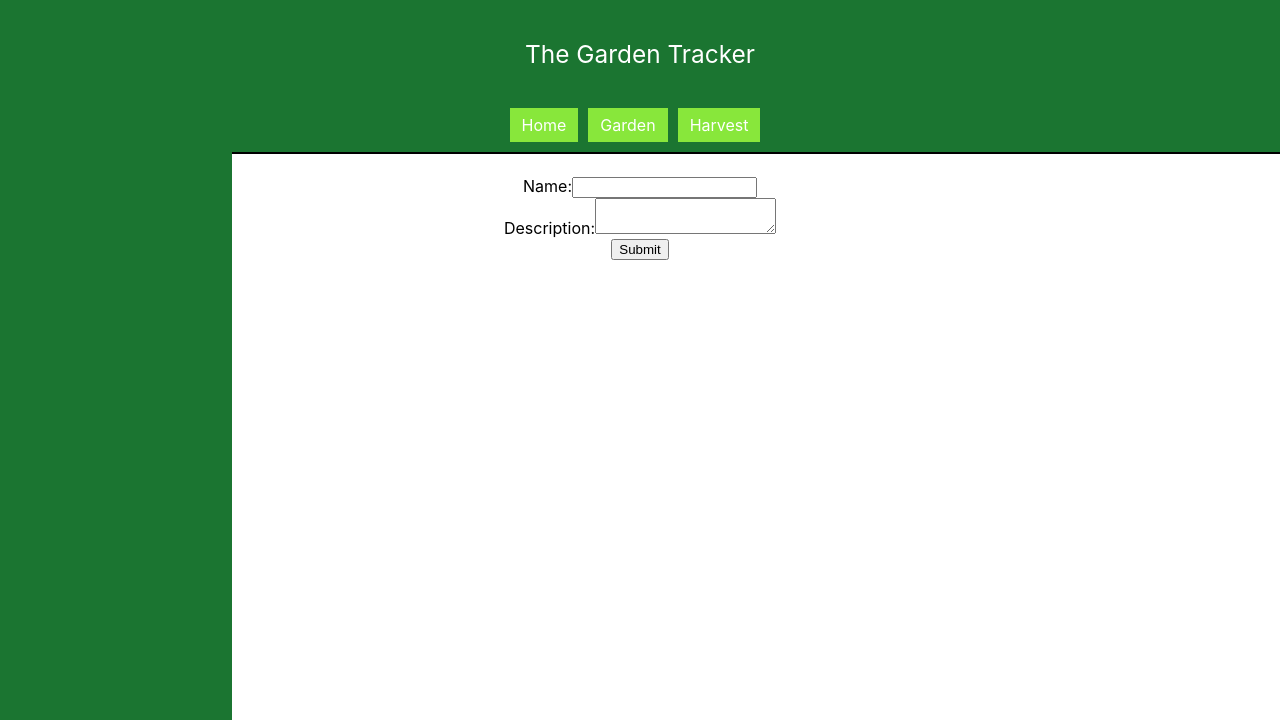
Repository: charliejp0311/ReactReduxFinal
Page: /garden (app in gardentracker/)
These files come from the project's save history. The page is drawn as it stood at one moment and after the next save; the edit follows.
The browser window is 1280 px wide. The pictures show the whole page.
The page's requests for data from a server got no answer. The project was rebuilt for these pictures with package versions that can differ from the ones it lists, and the page was loaded fresh each time. No one was signed in, and anything a server would have sent is missing. Also part of the build but not shown: gardentracker/src/containers/GardenbookContainer.js, gardentracker/src/components/GardenPlant.js, gardentracker/src/components/HarvestPlant.js, gardentracker/src/containers/HarvestContainer.js, gardentracker/src/components/UpdatePlantForm.js, gardentracker/src/components/NoteForm.js, gardentracker/src/components/noteList.js, gardentracker/src/containers/PlantContainer.js and 1 more.

Above is the page before, as saved 2020-11-12 10:56:23.

### gardentracker/src/index.js
import React from 'react';
import ReactDOM from 'react-dom';
//style
import './index.css';
//APP
import App from './containers/App';
//Reducer
import reducer from './redux/index'
//router
import { BrowserRouter } from "react-router-dom";
//store and middleware
import { Provider } from 'react-redux';
import { applyMiddleware, createStore } from 'redux';
import { composeWithDevTools } from 'redux-devtools-extension';
import thunk from 'redux-thunk';

const store = createStore(reducer, composeWithDevTools(
  applyMiddleware(thunk),
));


ReactDOM.render(
  <Provider store={store}>
    <BrowserRouter>
      <App />
    </BrowserRouter>
  </Provider>,
  document.getElementById('root')
);

### gardentracker/src/containers/App.js
import React,{Component} from 'react';
import '../App.css';
import { connect } from 'react-redux';
import {startSetGardenbook} from '../redux/actions';
import {Switch,Route} from 'react-router-dom';
import GardenbookContainer from './GardenbookContainer';
import GardenContainer from './GardenContainer';
import HarvestContainer from './HarvestContainer';
import PlantContainer from './PlantContainer';
import NavBar from '../components/Navbar';
import HarvestedPlant from '../components/HarvestedPlant';

class App extends Component {


  componentDidMount(){
    this.props.startSetGardenbook();

  };

  render(){
    return (
      <div className="App">
          <header className="App-header">
            The Garden Tracker
          </header>
          <NavBar />
          <Switch>
            <Route exact path='/' render={(props)=><GardenbookContainer {...props} />} />
            <Route exact path='/garden' render={(props)=><GardenContainer {...props} />}/>
            <Route exact path='/harvest' render={(props)=><HarvestContainer {...props}/>}/>
            <Route exact path='/plants/:id' render={(props)=><PlantContainer {...props}  />}/>
            <Route exact path='/harvested_plant/:id' render={props=><HarvestedPlant {...props} />} />
          </Switch>
      </div>
    );
  };
}

export default connect(null, {startSetGardenbook})(App);

### gardentracker/src/redux/index.js
import { combineReducers } from 'redux';
import garden from './GardenReducer'

export default combineReducers({
    garden
})

### gardentracker/src/App.css
.App {
  text-align: center;
  transition: margin-left .5s;
}

.App-logo {
  height: 40vmin;
  pointer-events: none;
}

/* @media (prefers-reduced-motion: no-preference) {
  .App-logo {
    animation: App-logo-spin infinite 20s linear;
  }
} */

.App-header {
  background-color: #1b7531;
  min-height: 15vh;
  display: flex;
  flex-direction: column;
  align-items: center;
  justify-content: center;
  font-size: calc(10px + 2vmin);
  color: white;
}
.sidenav {
  display: inline-block;
  height: 100%;
  width: 15%;
  position: fixed;
  z-index: 1;
  top: 0;
  left: 0;
  background-color: #1b7531;
  overflow-x: hidden;
  margin-top: 100px;
  /* padding-top: 1000px; */
  transition: 0.5s;
}

/* The navigation menu links */
.sidenav a {
  padding: 8px 8px 8px 32px;
  text-decoration: none;
  font-size: 25px;
  color: #818181;
  display: block;
  transition: 0.3s;
}

/* When you mouse over the navigation links, change their color */
.sidenav a:hover {
  color: #f1f1f1;
}

/* Position and style the close button (top right corner) */
.sidenav .closebtn {
  position: absolute;
  top: 0;
  right: 25px;
  font-size: 36px;
  margin-left: 50px;
}



/* On smaller screens, where height is less than 450px, change the style of the sidenav (less padding and a smaller font size) */
@media screen and (max-height: 450px) {
  .sidenav {
    padding-top: 15px;
  }

  .sidenav a {
    font-size: 18px;
  }
}

ul {
  list-style: none;
}

.garden div {
  column-count: auto;
  padding: 20px;

}
.App-link {
  color: #beebf8;
}

.garden {
  display: grid;
  grid-template-columns: 3fr;
  grid-template-rows: auto;
  grid-gap: 25px;
  padding-top: 10px;
  padding-bottom: 30px;
}

.plant {
  height: auto;
  width: auto;
  box-shadow: 10px 10px grey;
  padding: 10px;
  border-radius: 10px;
}
.navBar {
  border-bottom: '2px solid black';
  padding-bottom: '10px';
  margin-bottom: '12px';
  background: '#1b7531';
}

.navBar a:link,
.navBar a:visited {
  background-color: #88e73b;
  color: white;
  padding: 7px 12px;
  text-align: center;
  text-decoration: none;
  display: inline-block;
}

.navBar a:hover,
.navBar a:active {
  background-color: #1b7531;
}

@keyframes App-logo-spin {
  from {
    transform: rotate(0deg);
  }
  to {
    transform: rotate(360deg);
  }
}

### gardentracker/src/redux/actions.js

export const startSetGardenbook = () => {
    return(dispatch, getState)=>{
        fetch('http://localhost:3001/gardenbooks/1')
            .then(resp=>resp.json())
            .then(data=> dispatch(setGardenbook(data)))
    };
};

export const startAddPlant = (plantData={}) => {
    const {name,description,gardenbook_id} = plantData;
    const plant ={
        name,
        description,
        gardenbook_id,
    };
    let configObj = {
        method: "POST",
        headers: {
            "Content-Type": "application/json",
            "Accept": "application/json"
        },
        body: JSON.stringify(plant)
    };
    return (dispatch, getState) =>{
        fetch(`http://localhost:3001/plants`, configObj )
        .then(resp=>resp.json())
        .then(json=>dispatch(addPlant(json)))
    };
};

export const startUpdatePlant = (plantData={}) => {
    const {name,description,gardenbook_id, id, growing} = plantData;
    const plant ={
        id,
        name,
        description,
        gardenbook_id,
        growing,
    };
    let configObj = {
        method: "PATCH",
        headers: {
            "Content-Type": "application/json",
            "Accept": "application/json"
        },
        body: JSON.stringify(plant)
    };
    return (dispatch, getState) =>{
        fetch(`http://localhost:3001/plants/${plant.id}`, configObj )
        .then(resp=>resp.json())
        .then(json=>dispatch(updatePlant(json)))
    };
};

export const startDeletePlant = (plantData={}) => {
    const {name,description,gardenbook_id, id, growing} = plantData;
    const plant ={
        id,
        name,
        description,
        gardenbook_id,
        growing,
    };
    let configObj = {
        method: "DELETE",
        headers: {
            "Content-Type": "application/json",
            "Accept": "application/json"
        },
        body: JSON.stringify(plant)
    };
    return (dispatch, getState) =>{
        fetch(`http://localhost:3001/plants/${plant.id}`, configObj )
        .then(resp=>resp.json())
        .then(json=>dispatch(deletePlant(json)))
    };
};
export const startDeleteNote = (id = '') => {
    const note = {
        id: id,
    }
    let configObj = {
        method: "DELETE",
        headers: {
            "Content-Type": "application/json",
            "Accept": "application/json"
        },
        body: JSON.stringify(note),
    };
    return (dispatch, getState) =>{
        fetch(`http://localhost:3001/notes/${note.id}`, configObj )
        .then(resp=>resp.json())
        .then(json=>dispatch(deleteNote(json)))
    };
};

export const startAddNote = (noteData={}) => {
    const {note,plant_id,gardenbook_id,actionId} = noteData;
    const newNote ={
        note,
        plant_id,
        gardenbook_id,
        action_id: actionId
    };
    let configObj = {
        method: "POST",
        headers: {
            "Content-Type": "application/json",
            "Accept": "application/json"
        },
        body: JSON.stringify(newNote)
    };
    return (dispatch, getState) =>{
        fetch(`http://localhost:3001/notes`, configObj )
        .then(resp=>resp.json())
        .then(json=>dispatch(addNote(json)))
    };
};

export const setGardenbook = (book)=>{
    return{
        type: "SET_GARDENBOOK",
        book
    }
}


//PLANTS
export const addPlant = (plant) => {
    return {type: 'ADD_PLANT',plant}
}
export const updatePlant = (plant) =>{
    return {type: 'UPDATE_PLANT',plant}
}
export const deletePlant = (plant) => {
    return {type: 'DELETE_PLANT',plant}
}
export const harvestPlant = (plant) => {
    return {type: 'HARVEST_PLANT',plant}
}

////NOTES

export const addNote = (note) => {
    return {type: 'ADD_NOTE',note}
}
export const deleteNote = (note) => {
    return {type: 'DELETE_NOTE',note}
}

### gardentracker/src/containers/GardenContainer.js
import React,{Component} from 'react';
import {connect} from 'react-redux';
import  PlantForm  from "../components/PlantForm";
import  PlantList  from "../components/PlantList";
import {SideNav} from '../components/sideNav'


class GardenContainer extends Component{

    render(){
        const plant = {}
        return(
        <div className='garden'>
            {/* <SideNav key={this.props.id} /> */}
            {this.props.SideNav(this.props.garden)}
            <PlantForm plant={plant} gardenbook_id={this.props.id} />
            <PlantList garden={this.props.garden} notes={this.props.notes}/>
        </div>
        );
    };
};

const mapStateToProps = state => {
    return{
        id: state.garden.id,
        garden: state.garden.garden,
        notes: state.garden.notes
    }
}

export default connect(mapStateToProps,{SideNav})(GardenContainer);

### gardentracker/src/components/Navbar.js
import React from 'react';
import { NavLink } from 'react-router-dom';

const NavBar = () => {
  return (
    <div className='navBar' style={{ borderBottom: '2px solid black', paddingBottom: '10px', marginBottom: '12px', background: '#1b7531' }}>
      <NavLink
        style={{ marginRight: '10px' }}
        to="/"
      >
        Home
      </NavLink>
      <NavLink
        style={{ marginRight: '10px' }}
        to="/garden"
      >
        Garden
      </NavLink>
      <NavLink
        style={{ marginRight: '10px' }}
        to="/harvest"
      >
        Harvest
      </NavLink>
    </div>
  );
}

export default NavBar;

### gardentracker/src/redux/GardenReducer.js
export default function garden (state = {
    id: '',
    garden: [],
    harvest: [],
    notes: [],
    actions: []
},action){
    switch (action.type) {
        case 'SET_GARDENBOOK':
            let parts = action.book.included
            let gl = []
            let hl = []
            let nl = []
            let al = []
            parts.forEach(part => {
                switch (part.type) {
                    case "action":
                        al.push(part.attributes)
                        break;
                    case "note":
                        nl.push(part.attributes)

                        break;
                    case "plant":
                        if(part.attributes.growing){
                            gl.push(part.attributes)
                        } else {
                            hl.push(part.attributes)
                        }
                        break;

                    default:
                        break;
                }
            });
            return {
                id: action.book.data.id,
                notes: nl,
                garden: gl,
                harvest: hl,
                actions: al,
            };

        case 'ADD_PLANT':
            return {
                ...state,
                garden: state.garden.concat({name: action.plant.name})
            };
        case 'UPDATE_PLANT':
            const plant = action.plant.data.attributes
            const {garden} = state
            const newG = garden.slice(0,plant.id-1)
            newG.push(plant, ...garden.slice(plant.id,garden.length))

            return {
                ...state,
                garden: newG,
            };
        case 'ADD_NOTE':
            const notesData = action.note.data
            const actionsData = action.note.included
            const actions = actionsData.map(action=>{return(action.attributes)})
            const notes = notesData.map(note=>{return(note.attributes)})
            return {
                ...state,
                notes: notes,
                actions: actions,
            };

        case 'DELETE_PLANT':
            const plants = action.plant.included;
            const freshGarden = plants.filter(plant=>plant.attributes.growing ? plant.attributes : null)

            return {
                ...state,
                garden: freshGarden.flat(),
            };
        case 'DELETE_NOTE':
            const allNotes = action.note.included;
            const ns = allNotes.map(note=>{return(note.attributes)});

            return {
                ...state,
                notes: ns,
            };

        case 'HARVEST_PLANT':
            let p = state.plants.filter(plant=>plant.name===action.plant.name) ;
            let inTheGarden = state.plants.filter(plant=>plant.name!==action.plant.name);
            return{
                ...state,
                plants: inTheGarden,
                harvest: state.harvest.concat(p),
            };

        default:
            return state;
    };
};

### gardentracker/src/components/plantForm.js
import React,{Component} from "react";
import { connect } from "react-redux";
import { startAddPlant } from '../redux/actions'
import {startSetGardenbook} from '../redux/actions';

class PlantForm extends Component {
    constructor(props){
        // console.log(props)
        super(props);
        this.state = {
            name: '',
            description: '',
        }
    }
    handleChange=e=>{
      switch (e.target.name) {
        case 'name':
            this.setState({
                ...this.state,
                name: e.target.value
            })
            break;
        case 'description':
            this.setState({
                ...this.state,
                description: e.target.value
            });
            break;
        default:
            break;
      };
    };

    handleSubmit=e=>{
        e.preventDefault();
        this.props.startAddPlant({...this.state, gardenbook_id: this.props.gardenbook_id})
        this.setState({
            ...this.state,
            name: "",
            description: "",
        });
        this.props.startSetGardenbook();
    };
    render(){
        return(
            <form onSubmit={this.handleSubmit}>
                <label htmlFor='name' >
                    Name:
                    <input type='text' name='name' onChange={this.handleChange} value={this.state.name}/>
                </label><br />
                <label htmlFor='description' >
                    Description:
                    <textarea name='description' onChange={this.handleChange} value={this.state.description}/>
                </label><br />
                <input type='submit' />
            </form>
        );
    };
};


export default connect(null,{startAddPlant, startSetGardenbook})(PlantForm);

### gardentracker/src/components/plantList.js
import React, { Component } from "react";
import {connect} from 'react-redux';
import GardenPlant from "./GardenPlant";
import HarvestPlant from "./HarvestPlant";

class PlantList extends Component{
    testHarvest(){
        let plants = []
        if (this.props.garden) {
            plants = this.props.garden.map(plant=><GardenPlant key={plant.id} plant={plant} />)
        }else{
            plants = this.props.harvest.map(plant=><HarvestPlant key={plant.id} plant={plant} />)
        }
        return plants;
    }

    render(){
        return(
            <div>{this.testHarvest()}</div>
        );
    };
};

export default connect(null)(PlantList);

### gardentracker/src/components/sideNav.js
import React from 'react';
import { Link } from 'react-router-dom';

export const SideNav=(pl)=>{
    const linkList = pl.map(plant=>{return(<Link to={`/plants/${plant.id}`} >{plant.name}</Link>)})
    ///i want this to be either the plant list in the garden or the plant list in the harvest
    //should ge as props a list of plant id's
    return(
        <div id='side-Bar' className='sidenav'>
            {linkList}
        </div>
    );
};

Loaded but not shown: gardentracker/public/index.html (common file); gardentracker/src/index.css (common file)

After the next save:
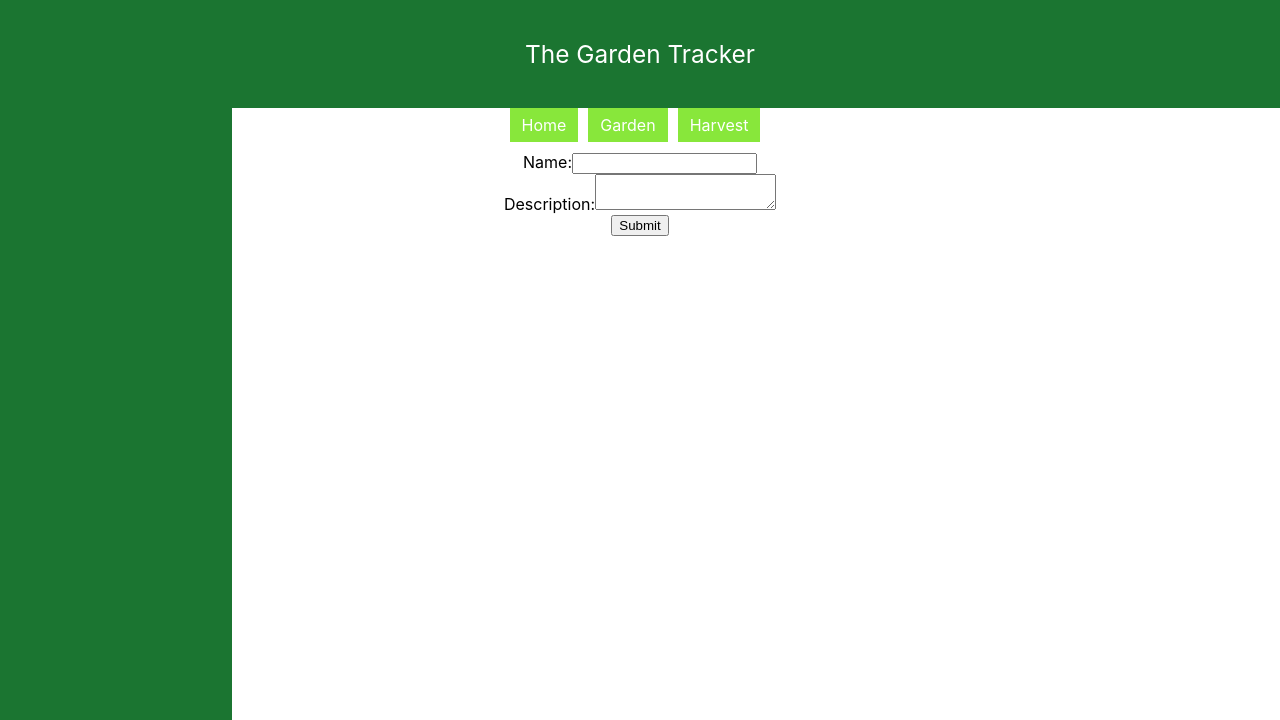
Saved 40 s later.
--- a/gardentracker/src/components/Navbar.js
+++ b/gardentracker/src/components/Navbar.js
@@ -3,7 +3,7 @@ import { NavLink } from 'react-router-dom';
 
 const NavBar = () => {
   return (
-    <div className='navBar' style={{ borderBottom: '2px solid black', paddingBottom: '10px', marginBottom: '12px', background: '#1b7531' }}>
+    <div className='navBar'>
       <NavLink
         style={{ marginRight: '10px' }}
         to="/"
